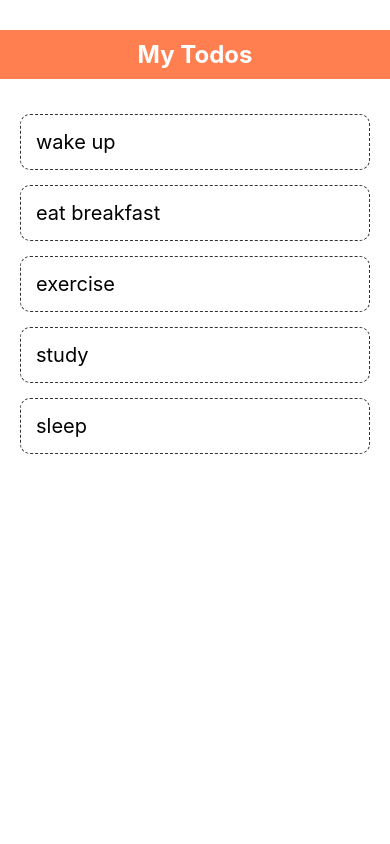
Repository: shiv0403/React-native-tutorial
Screen: /
The author's editor kept a copy of each file at every save. The screen is drawn from the files as they stood at one save, then again after the next save.
The app was drawn by React Native's web renderer in a window 390 px wide. The project was rebuilt for these pictures with package versions that can differ from the ones it lists, and the page was loaded fresh each time.

Above is the screen before, as saved 2021-02-11 09:32:05.

### App.js
import React, { useState } from "react";
import {
  FlatList,
  StyleSheet,
  Text,
  TouchableOpacity,
  View,
} from "react-native";
import Header from "./components/Header";
import TodoItem from "./components/TodoItem";

export default function App() {
  const [todo, setTodo] = useState([
    { text: "wake up", key: "1" },
    { text: "eat breakfast", key: "2" },
    { text: "exercise", key: "3" },
    { text: "study", key: "4" },
    { text: "sleep", key: "5" },
  ]);

  return (
    <View style={styles.container}>
      <Header />
      <View style={styles.content}>
        {/* to form */}
        <View style={styles.list}>
          <FlatList
            data={todo}
            keyExtractor={(item) => item.key}
            renderItem={({ item }) => {
              return <TodoItem item={item} />;
            }}
          />
        </View>
      </View>
    </View>
  );
}

const styles = StyleSheet.create({
  container: {
    flex: 1,
    backgroundColor: "#fff",
    marginTop: 30,
  },
  list: {
    margin: 20,
  },
});

### components/Header.js
import React, { useState } from "react";
import { StyleSheet, Text, View } from "react-native";

export default function Header() {
  return (
    <View style={styles.header}>
      <Text style={styles.title}>My Todos</Text>
    </View>
  );
}

const styles = StyleSheet.create({
  header: {
    padding: 10,
    backgroundColor: "coral",
  },
  title: {
    textAlign: "center",
    fontSize: 24,
    fontWeight: "bold",
    color: "#fff",
  },
});

### components/TodoItem.js
import React, { useState } from "react";
import { StyleSheet, Text, TouchableOpacity, View } from "react-native";

export default function TodoItem({ item }) {
  return (
    <TouchableOpacity>
      <Text style={styles.item}>{item.text}</Text>
    </TouchableOpacity>
  );
}

const styles = StyleSheet.create({
  item: {
    fontSize: 20,
    padding: 15,
    marginTop: 15,
    borderWidth: 1,
    borderColor: "#333",
    borderStyle: "dashed",
    borderRadius: 10,
  },
});

After the next save:
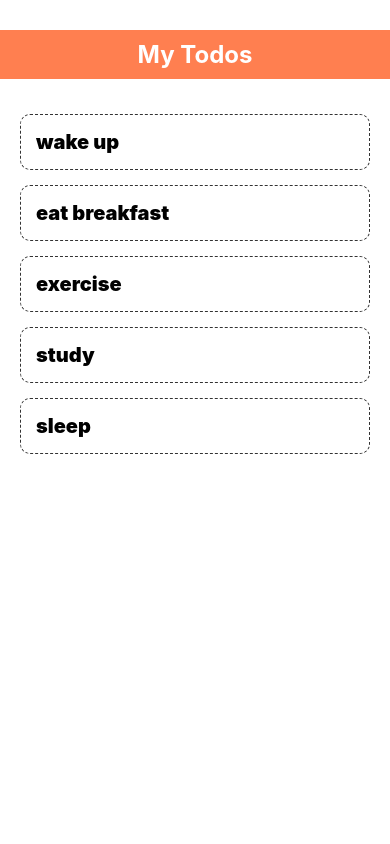
Saved 10 s later.
--- a/components/TodoItem.js
+++ b/components/TodoItem.js
@@ -12,6 +12,7 @@ export default function TodoItem({ item }) {
 const styles = StyleSheet.create({
   item: {
     fontSize: 20,
+    fontWeight: 900,
     padding: 15,
     marginTop: 15,
     borderWidth: 1,
